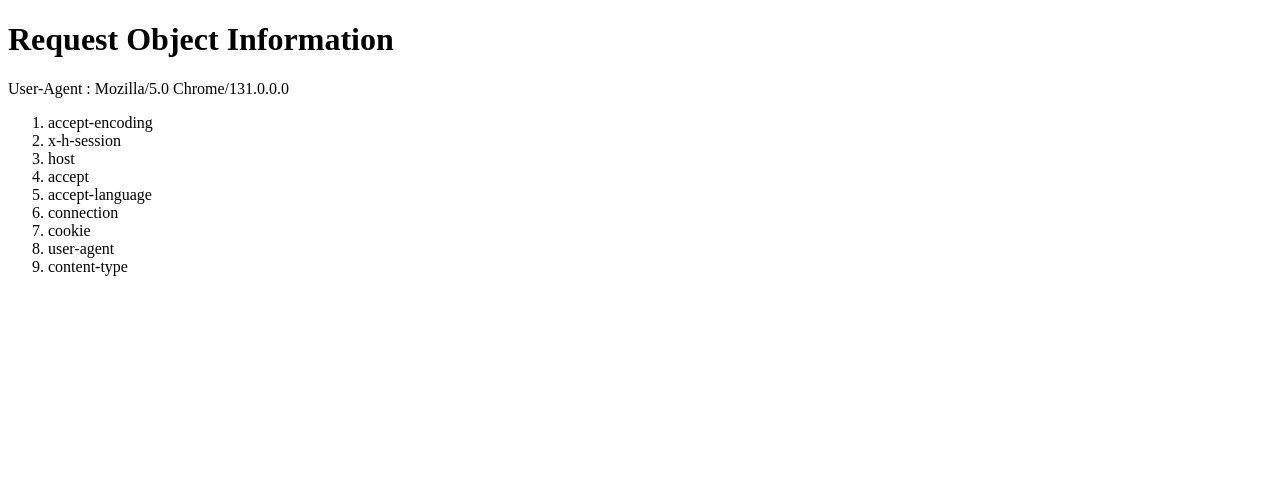
Repository: ZawMinKhantOrLeon/JavaEEWS
Page: http://localhost/jsp_servlet/request.jsp
These files come from the project's save history. The page is drawn as it stood at one moment and after the next save; the edit follows.
The browser window is 1280 px wide. The pictures show the whole page.
The page is served by Tomcat 10. Other server files are loaded and not shown.

Above is the page before, as saved 2024-02-14 10:15:55.

### jsp_servlet/src/main/webapp/request.jsp
<%@page import="java.util.Enumeration"%>
<%@ page language="java" contentType="text/html; charset=ISO-8859-1"
    pageEncoding="ISO-8859-1"%>
<!DOCTYPE html>
<html>
<head>
<meta charset="ISO-8859-1">
<title>Request Obj</title>
</head>
<body>
	<h1> Request Object Information </h1>
	<p>User-Agent : <%= request.getHeader("User-Agent") %> </p>
	<ol>
		<%
			Enumeration<String> names= request.getHeaderNames();
	        while(names.hasMoreElements()){
	        	out.print("<li>"+names.nextElement()+"</li>");
	        }
		%>
	</ol>
</body>
</html>

After the next save:
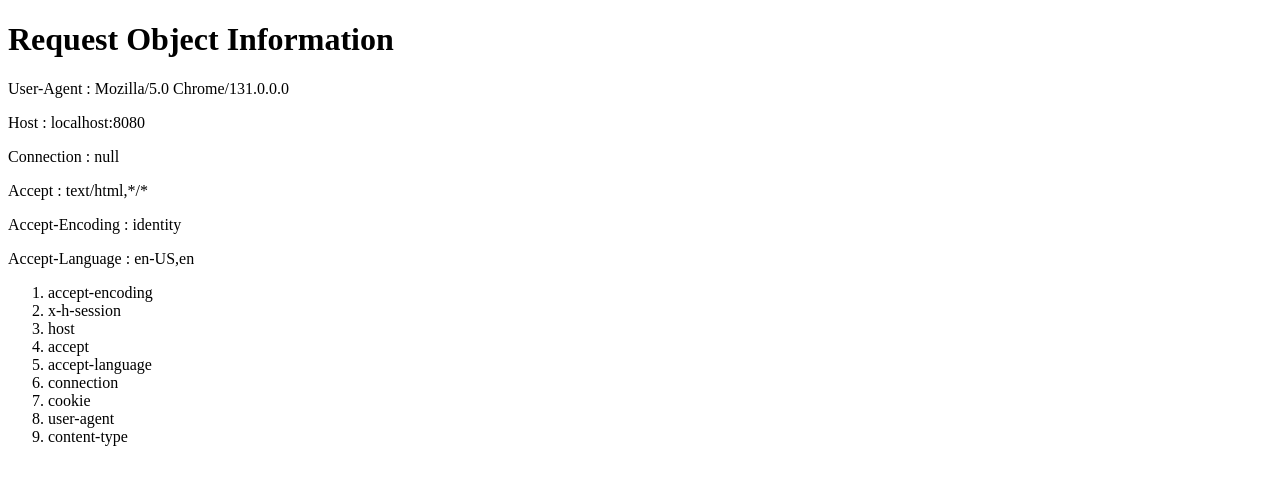
Saved 97 s later.
--- a/jsp_servlet/src/main/webapp/request.jsp
+++ b/jsp_servlet/src/main/webapp/request.jsp
@@ -10,6 +10,11 @@
 <body>
 	<h1> Request Object Information </h1>
 	<p>User-Agent : <%= request.getHeader("User-Agent") %> </p>
+	<p>Host : <%= request.getHeader("Host") %> </p>
+	<p>Connection : <%= request.getHeader("") %> </p>
+	<p>Accept : <%= request.getHeader("Accept") %> </p>
+	<p>Accept-Encoding : <%= request.getHeader("Accept-Encoding") %> </p>
+	<p>Accept-Language : <%= request.getHeader("Accept-Language") %> </p>
 	<ol>
 		<%
 			Enumeration<String> names= request.getHeaderNames();
